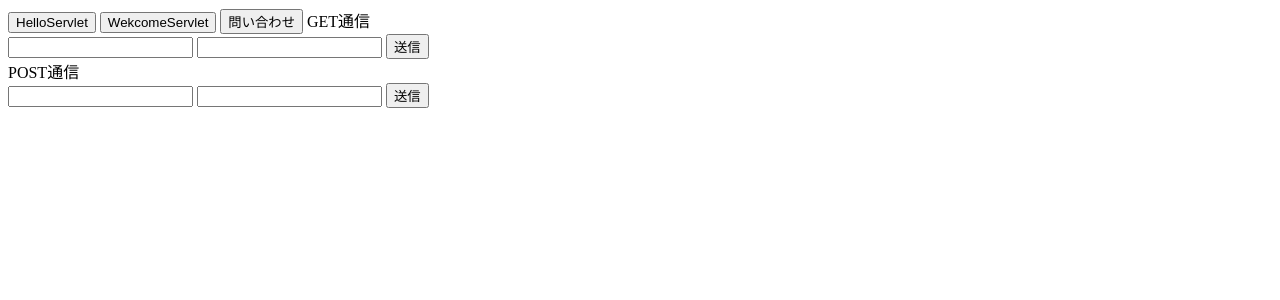
Repository: takanoko/test
Page: http://localhost/HelloServlet/
An editor plug-in stored every save of this project. The page is shown before and after the next save, followed by the edit.
The browser window is 1280 px wide. The pictures show the whole page.
The page is served by Tomcat 9. Other server files are loaded and not shown.

Above is the page before, as saved 2019-04-10 11:45:39.

### HelloServlet/WebContent/index.jsp
<%@ page language="java" contentType="text/html; charset=UTF-8"
    pageEncoding="UTF-8"%>
<!DOCTYPE html>
<html>
<head>
<meta charset="UTF-8">
<title>HelloServlet</title>
</head>
<body>

<input type="button" value="HelloServlet" onClick="location.href='HelloServlet'">
<input type="button" value="WekcomeServlet" onClick="location.href='welcome.jsp'">
<input type="button" value="問い合わせ" onClick="location.href='inquiry.jsp'">
GET通信
<form method="get" action="TestServlet">
<input type="text" name="username">
<input type="password" name="password">
<input type="submit" value="送信">
</form>
POST通信
<form method="post" action="TestServlet">
<input type="text" name="username">
<input type="password" name="password">
<input type="submit" value="送信">
</form>
</body>
</html>

After the next save:
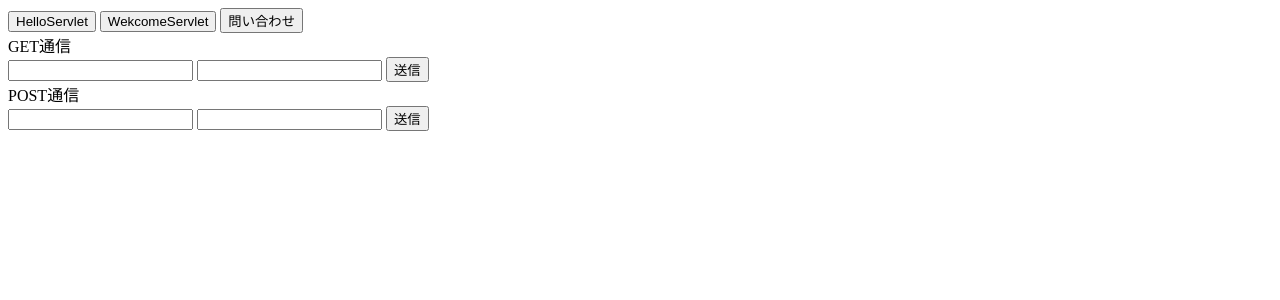
Saved 70 s later.
--- a/HelloServlet/WebContent/index.jsp
+++ b/HelloServlet/WebContent/index.jsp
@@ -10,7 +10,7 @@
 
 <input type="button" value="HelloServlet" onClick="location.href='HelloServlet'">
 <input type="button" value="WekcomeServlet" onClick="location.href='welcome.jsp'">
-<input type="button" value="問い合わせ" onClick="location.href='inquiry.jsp'">
+<input type="button" value="問い合わせ" onClick="location.href='inquiry.jsp'"><br>
 GET通信
 <form method="get" action="TestServlet">
 <input type="text" name="username">
